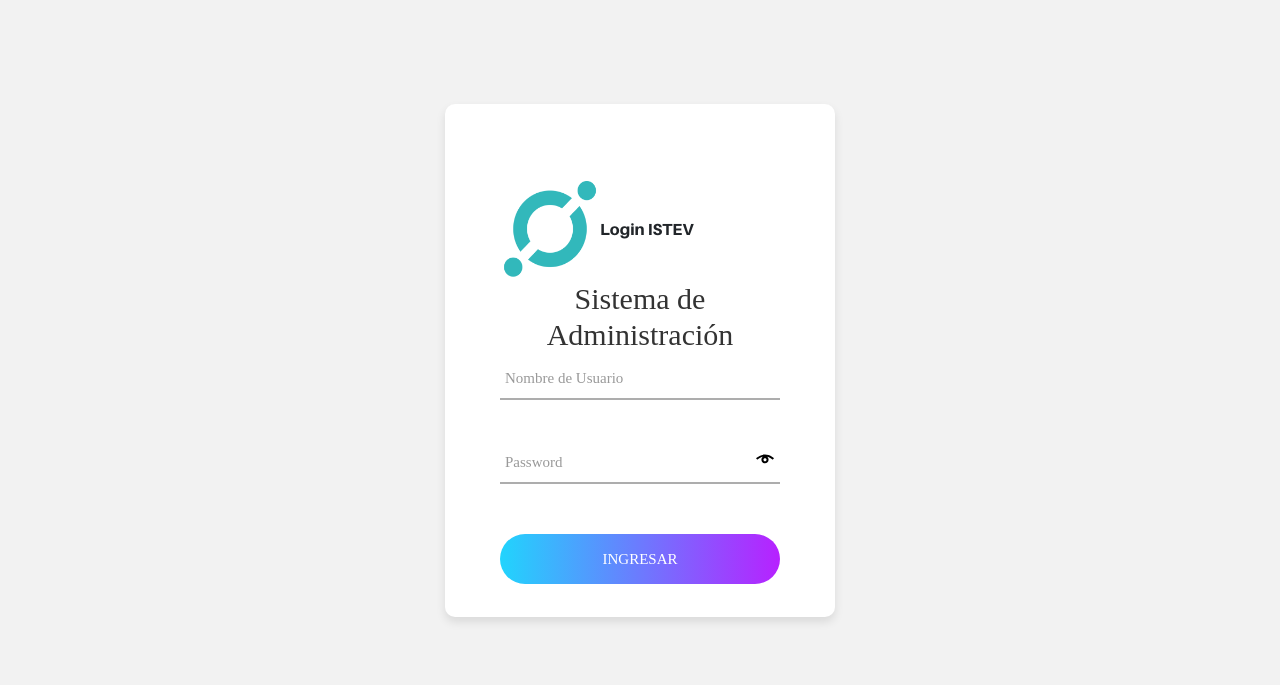
Repository: EvilTeletubby/istev
Page: http://localhost/
The author's editor kept a record of every edit. The page is drawn from the files as they stood at one moment, then again after the next edit.
The browser window is 1280 px wide. The pictures show the whole page.
Some web fonts or font styles are not loaded; a fallback is used. The page is served by the project's Node server (app.js).

Above is the page before.

### views/index.jade
doctype html
html
    head
        title Login ISTEV
        link(href='plugins/aileron.css', rel='stylesheet')
        link(href='plugins/bootstrap.min.css', rel='stylesheet')
        link(href='css/icons.css', rel='stylesheet')
        link(href='css/main.css', rel='stylesheet')
        link(href='icon/favicon.png', rel='icon')

        script(defer,src='plugins/jquery-3.3.1.min.js')
        script(defer,src='plugins/sweetalert2.all.js')
        script(defer,src='js/main.js')
    body
        div.limiter
            div.container-login100

                div.wrap-login100
                    span.main-title
                        img(src='icon/favicon.png',height='100px',width='100px')
                    span.main-title Login ISTEV
                    form.login100-form.validate-form
                        span.login100-form-title.p-b-26 Sistema de Administración
                        div.wrap-input100.validate-input(data-validate='Solo se permiten letras')
                            input#user.input100(type="text" name="username")
                            span.focus-input100(data-placeholder="Nombre de Usuario")
                        div.wrap-input100.validate-input(data-validate='Ingrese la clave')
                            span.btn-show-pass
                                i.icon-eye
                            input#pass.input100(type='password' name='pass')
                            span.focus-input100(data-placeholder='Password')

                        div.container-login100-form-btn
                            div.wrap-login100-form-btn
                                div.login100-form-bgbtn
                                button#btn-submit.login100-form-btn Ingresar

### app.js
var express = require('express');
var bodyParser = require('body-parser');
var routes = require('./routes/routes.js');

var app = express();

app.use(bodyParser.json());
app.use(bodyParser.urlencoded({extended: true}));
app.use(express.static('public'));
app.set('view engine','jade');

routes(app);

var server = app.listen(3000,function(){
    console.log('App running on port.',server.address().port);
});

### routes/routes.js
var faker = require('faker');
var exec  = require('child_process').exec;

var appRouter = function(app){
    app.get('/',function(req,res){
        res.render('index',{title: 'Home'});
    });

    //Login
    app.post('/login',function(req,res,next){
        passport.authenticate('bearer',function(err,user){
            if(user){
                if(user.role === 'admin'){
                    return res.render('/adminTools');
                }
                else if(user.role === 'student'){
                    return res.render('/student');
                }
                else{
                    return res.render('/home');
                }
            }
        });
    })


    app.get('/au',function(req,res){
        var child = exec("java -jar /home/gsantiago/rewind.jar",function(err,stdout,stderr){
            if(err!==null)
                res.status(400).send(err);
            else
            {
                res.status(200).send(stdout);
            }
        });
    })

    app.get('/auth',function(req,res){
        var child = exec("java -jar /home/WAPI/checkAuth.jar 'telcou.ec'",function(err,stdout,stderr){
            if(err!==null)
                res.status(400).send(err);
            else
            {
                var rs = JSON.parse(stdout);
                res.status(200).send(rs);
            }
        });
    })
}

module.exports = appRouter;

### public/css/icons.css
.icon-eye {
    background-repeat: no-repeat;
    background-image: url("../icon/eye.svg");
    height:20px;
    width:20px;
}

### public/css/main.css
.main-title {
    font-family: 'AileronHeavy';
}





/*//////////////////////////////////////////////////////////////////
[ FONT ]*/

@font-face {
  font-family: Poppins-Regular;
  src: url('../fonts/poppins/Poppins-Regular.ttf');
}

@font-face {
  font-family: Poppins-Medium;
  src: url('../fonts/poppins/Poppins-Medium.ttf');
}

@font-face {
  font-family: Poppins-Bold;
  src: url('../fonts/poppins/Poppins-Bold.ttf');
}

@font-face {
  font-family: Poppins-SemiBold;
  src: url('../fonts/poppins/Poppins-SemiBold.ttf');
}




/*//////////////////////////////////////////////////////////////////
[ RESTYLE TAG ]*/

* {
	margin: 0px;
	padding: 0px;
	box-sizing: border-box;
}

body, html {
	height: 100%;
	font-family: Poppins-Regular, sans-serif;
}

/*---------------------------------------------*/
a {
	font-family: Poppins-Regular;
	font-size: 14px;
	line-height: 1.7;
	color: #666666;
	margin: 0px;
	transition: all 0.4s;
	-webkit-transition: all 0.4s;
  -o-transition: all 0.4s;
  -moz-transition: all 0.4s;
}

a:focus {
	outline: none !important;
}

a:hover {
	text-decoration: none;
  color: #6a7dfe;
  color: -webkit-linear-gradient(left, #21d4fd, #b721ff);
  color: -o-linear-gradient(left, #21d4fd, #b721ff);
  color: -moz-linear-gradient(left, #21d4fd, #b721ff);
  color: linear-gradient(left, #21d4fd, #b721ff);
}

/*---------------------------------------------*/
h1,h2,h3,h4,h5,h6 {
	margin: 0px;
}

p {
	font-family: Poppins-Regular;
	font-size: 14px;
	line-height: 1.7;
	color: #666666;
	margin: 0px;
}

ul, li {
	margin: 0px;
	list-style-type: none;
}


/*---------------------------------------------*/
input {
	outline: none;
	border: none;
}

textarea {
  outline: none;
  border: none;
}

textarea:focus, input:focus {
  border-color: transparent !important;
}

input:focus::-webkit-input-placeholder { color:transparent; }
input:focus:-moz-placeholder { color:transparent; }
input:focus::-moz-placeholder { color:transparent; }
input:focus:-ms-input-placeholder { color:transparent; }

textarea:focus::-webkit-input-placeholder { color:transparent; }
textarea:focus:-moz-placeholder { color:transparent; }
textarea:focus::-moz-placeholder { color:transparent; }
textarea:focus:-ms-input-placeholder { color:transparent; }

input::-webkit-input-placeholder { color: #adadad;}
input:-moz-placeholder { color: #adadad;}
input::-moz-placeholder { color: #adadad;}
input:-ms-input-placeholder { color: #adadad;}

textarea::-webkit-input-placeholder { color: #adadad;}
textarea:-moz-placeholder { color: #adadad;}
textarea::-moz-placeholder { color: #adadad;}
textarea:-ms-input-placeholder { color: #adadad;}

/*---------------------------------------------*/
button {
	outline: none !important;
	border: none;
	background: transparent;
}

button:hover {
	cursor: pointer;
}

iframe {
	border: none !important;
}


/*//////////////////////////////////////////////////////////////////
[ Utility ]*/
.txt1 {
  font-family: Poppins-Regular;
  font-size: 13px;
  color: #666666;
  line-height: 1.5;
}

.txt2 {
  font-family: Poppins-Regular;
  font-size: 13px;
  color: #333333;
  line-height: 1.5;
}

/*//////////////////////////////////////////////////////////////////
[ login ]*/

.limiter {
  width: 100%;
  margin: 0 auto;
}

.container-login100 {
  width: 100%;
  min-height: 100vh;
  display: -webkit-box;
  display: -webkit-flex;
  display: -moz-box;
  display: -ms-flexbox;
  display: flex;
  flex-wrap: wrap;
  justify-content: center;
  align-items: center;
  padding: 15px;
  background: #f2f2f2;
}

.wrap-login100 {
  width: 390px;
  background: #fff;
  border-radius: 10px;
  overflow: hidden;
  padding: 77px 55px 33px 55px;

  box-shadow: 0 5px 10px 0px rgba(0, 0, 0, 0.1);
  -moz-box-shadow: 0 5px 10px 0px rgba(0, 0, 0, 0.1);
  -webkit-box-shadow: 0 5px 10px 0px rgba(0, 0, 0, 0.1);
  -o-box-shadow: 0 5px 10px 0px rgba(0, 0, 0, 0.1);
  -ms-box-shadow: 0 5px 10px 0px rgba(0, 0, 0, 0.1);
}


/*------------------------------------------------------------------
[ Form ]*/

.login100-form {
  width: 100%;
}

.login100-form-title {
  display: block;
  font-family: Poppins-Bold;
  font-size: 30px;
  color: #333333;
  line-height: 1.2;
  text-align: center;
}
.login100-form-title i {
  font-size: 60px;
}

/*------------------------------------------------------------------
[ Input ]*/

.wrap-input100 {
  width: 100%;
  position: relative;
  border-bottom: 2px solid #adadad;
  margin-bottom: 37px;
}

.input100 {
  font-family: Poppins-Regular;
  font-size: 15px;
  color: #555555;
  line-height: 1.2;

  display: block;
  width: 100%;
  height: 45px;
  background: transparent;
  padding: 0 5px;
}

/*---------------------------------------------*/
.focus-input100 {
  position: absolute;
  display: block;
  width: 100%;
  height: 100%;
  top: 0;
  left: 0;
  pointer-events: none;
}

.focus-input100::before {
  content: "";
  display: block;
  position: absolute;
  bottom: -2px;
  left: 0;
  width: 0;
  height: 2px;

  -webkit-transition: all 0.4s;
  -o-transition: all 0.4s;
  -moz-transition: all 0.4s;
  transition: all 0.4s;

  background: #6a7dfe;
  background: -webkit-linear-gradient(left, #21d4fd, #b721ff);
  background: -o-linear-gradient(left, #21d4fd, #b721ff);
  background: -moz-linear-gradient(left, #21d4fd, #b721ff);
  background: linear-gradient(left, #21d4fd, #b721ff);
}

.focus-input100::after {
  font-family: Poppins-Regular;
  font-size: 15px;
  color: #999999;
  line-height: 1.2;

  content: attr(data-placeholder);
  display: block;
  width: 100%;
  position: absolute;
  top: 16px;
  left: 0px;
  padding-left: 5px;

  -webkit-transition: all 0.4s;
  -o-transition: all 0.4s;
  -moz-transition: all 0.4s;
  transition: all 0.4s;
}

.input100:focus + .focus-input100::after {
  top: -15px;
}

.input100:focus + .focus-input100::before {
  width: 100%;
}

.has-val.input100 + .focus-input100::after {
  top: -15px;
}

.has-val.input100 + .focus-input100::before {
  width: 100%;
}

/*---------------------------------------------*/
.btn-show-pass {
  font-size: 15px;
  color: #999999;

  display: -webkit-box;
  display: -webkit-flex;
  display: -moz-box;
  display: -ms-flexbox;
  display: flex;
  align-items: center;
  position: absolute;
  height: 100%;
  top: 0;
  right: 0;
  padding-right: 5px;
  cursor: pointer;
  -webkit-transition: all 0.4s;
  -o-transition: all 0.4s;
  -moz-transition: all 0.4s;
  transition: all 0.4s;
}

.btn-show-pass:hover {
  color: #6a7dfe;
  color: -webkit-linear-gradient(left, #21d4fd, #b721ff);
  color: -o-linear-gradient(left, #21d4fd, #b721ff);
  color: -moz-linear-gradient(left, #21d4fd, #b721ff);
  color: linear-gradient(left, #21d4fd, #b721ff);
}

.btn-show-pass.active {
  color: #6a7dfe;
  color: -webkit-linear-gradient(left, #21d4fd, #b721ff);
  color: -o-linear-gradient(left, #21d4fd, #b721ff);
  color: -moz-linear-gradient(left, #21d4fd, #b721ff);
  color: linear-gradient(left, #21d4fd, #b721ff);
}



/*------------------------------------------------------------------
[ Button ]*/
.container-login100-form-btn {
  display: -webkit-box;
  display: -webkit-flex;
  display: -moz-box;
  display: -ms-flexbox;
  display: flex;
  flex-wrap: wrap;
  justify-content: center;
  padding-top: 13px;
}

.wrap-login100-form-btn {
  width: 100%;
  display: block;
  position: relative;
  z-index: 1;
  border-radius: 25px;
  overflow: hidden;
  margin: 0 auto;
}

.login100-form-bgbtn {
  position: absolute;
  z-index: -1;
  width: 300%;
  height: 100%;
  background: #a64bf4;
  background: -webkit-linear-gradient(right, #21d4fd, #b721ff, #21d4fd, #b721ff);
  background: -o-linear-gradient(right, #21d4fd, #b721ff, #21d4fd, #b721ff);
  background: -moz-linear-gradient(right, #21d4fd, #b721ff, #21d4fd, #b721ff);
  background: linear-gradient(right, #21d4fd, #b721ff, #21d4fd, #b721ff);
  top: 0;
  left: -100%;

  -webkit-transition: all 0.4s;
  -o-transition: all 0.4s;
  -moz-transition: all 0.4s;
  transition: all 0.4s;
}

.login100-form-btn {
  font-family: Poppins-Medium;
  font-size: 15px;
  color: #fff;
  line-height: 1.2;
  text-transform: uppercase;

  display: -webkit-box;
  display: -webkit-flex;
  display: -moz-box;
  display: -ms-flexbox;
  display: flex;
  justify-content: center;
  align-items: center;
  padding: 0 20px;
  width: 100%;
  height: 50px;
}

.wrap-login100-form-btn:hover .login100-form-bgbtn {
  left: 0;
}


/*------------------------------------------------------------------
[ Responsive ]*/

@media (max-width: 576px) {
  .wrap-login100 {
    padding: 77px 15px 33px 15px;
  }
}



/*------------------------------------------------------------------
[ Alert validate ]*/

.validate-input {
  position: relative;
}

.alert-validate::before {
  content: attr(data-validate);
  position: absolute;
  max-width: 70%;
  background-color: #fff;
  border: 1px solid #c80000;
  border-radius: 2px;
  padding: 4px 25px 4px 10px;
  top: 50%;
  -webkit-transform: translateY(-50%);
  -moz-transform: translateY(-50%);
  -ms-transform: translateY(-50%);
  -o-transform: translateY(-50%);
  transform: translateY(-50%);
  right: 0px;
  pointer-events: none;

  font-family: Poppins-Regular;
  color: #c80000;
  font-size: 13px;
  line-height: 1.4;
  text-align: left;

  visibility: hidden;
  opacity: 0;

  -webkit-transition: opacity 0.4s;
  -o-transition: opacity 0.4s;
  -moz-transition: opacity 0.4s;
  transition: opacity 0.4s;
}

.alert-validate::after {
  content: "\f06a";
  font-family: FontAwesome;
  font-size: 16px;
  color: #c80000;

  display: block;
  position: absolute;
  background-color: #fff;
  top: 50%;
  -webkit-transform: translateY(-50%);
  -moz-transform: translateY(-50%);
  -ms-transform: translateY(-50%);
  -o-transform: translateY(-50%);
  transform: translateY(-50%);
  right: 5px;
}

.alert-validate:hover:before {
  visibility: visible;
  opacity: 1;
}

@media (max-width: 992px) {
  .alert-validate::before {
    visibility: visible;
    opacity: 1;
  }
}

### public/js/main.js
/* global $ */
$(function(){
    "use strict";
    /*==================================================================
    [ Focus input ]*/
    $('.input100').each(function(){
        $(this).on('blur', function(){
            if($(this).val().trim() != "") {
                $(this).addClass('has-val');
            }
            else {
                $(this).removeClass('has-val');
            }
        });
    });

    /*==================================================================
    [ Show pass ]*/
    var showPass = 0;
    $('.btn-show-pass').on('click', function(){
        if(showPass == 0) {
            $(this).next('input').attr('type','text');
            $(this).find('i').removeClass('zmdi-eye');
            $(this).find('i').addClass('zmdi-eye-off');
            showPass = 1;
        }
        else {
            $(this).next('input').attr('type','password');
            $(this).find('i').addClass('zmdi-eye');
            $(this).find('i').removeClass('zmdi-eye-off');
            showPass = 0;
        }

    });

    $("#btn-submit").click(function(e){
        e.preventDefault();

        if(validForm())
        {
            //Send POST
        }
        else
        {
            //Send Error modal
            showModal("error","Error","Usuario incorrecto, favor verificar.");
        }
    })
});

function showModal(type,title,text)
{
    swal({
      type: type,
      title: title,
      text: text,
      //footer: '<a href>Why do I have this issue?</a>',
    })
}

function validForm()
{
    var user = $("#user").val();
    return /[^a-zA-Z0-9]/.test();
}

### public/icon/eye.svg
<svg xmlns="http://www.w3.org/2000/svg" xmlns:xlink="http://www.w3.org/1999/xlink" viewBox="0 0 100 100" version="1.1" x="0px" y="0px"><title>magn_gls-5</title><desc>Created with Sketch.</desc><g stroke="none" stroke-width="1" fill="none" fill-rule="evenodd"><path d="M50,61.7094605 C45.6890667,61.7094605 42.1821147,58.2022563 42.1821147,53.8915752 C42.1821147,49.5808941 45.6890667,46.0736899 50,46.0736899 C54.3109333,46.0736899 57.8178853,49.5808941 57.8178853,53.8915752 C57.8178853,58.2022563 54.3109333,61.7094605 50,61.7094605 L50,61.7094605 Z M95,46.2045764 C94.180383,45.4611207 74.6444964,28 50,28 C25.3555036,28 5.81961701,45.4611207 5,46.2045764 L11.7710452,53.6820054 C11.9142891,53.5531364 23.8103364,42.9820945 39.6135611,39.3202979 C35.0668303,42.5705207 32.0945208,47.8889524 32.0945208,53.8915752 C32.0945208,63.7645556 40.1270196,71.7970544 50,71.7970544 C59.8729804,71.7970544 67.9054792,63.7645556 67.9054792,53.8915752 C67.9054792,47.8889524 64.9331697,42.5705207 60.3864389,39.3202979 C76.1896636,42.9818423 88.0847022,53.5521276 88.22265,53.6764572 L95,46.2045764 Z" fill="#000000"/></g></svg>

Loaded but not shown: public/plugins/aileron.css (library); public/plugins/bootstrap.min.css (library); public/plugins/jquery-3.3.1.min.js (library); public/plugins/sweetalert2.all.js (library)

After the next edit:
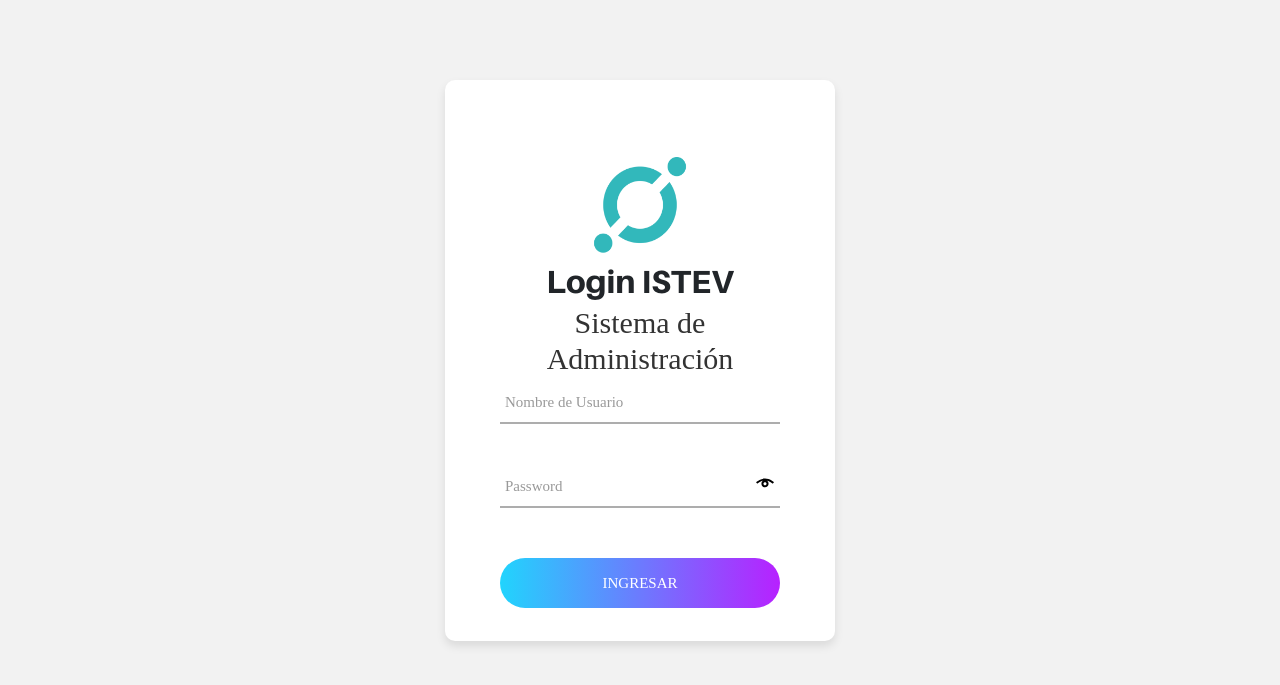
The edit:
--- a/public/css/main.css
+++ b/public/css/main.css
@@ -1,5 +1,8 @@
 .main-title {
     font-family: 'AileronHeavy';
+    display: block;
+    text-align: center;
+    font-size: 2em;
 }
 
 
